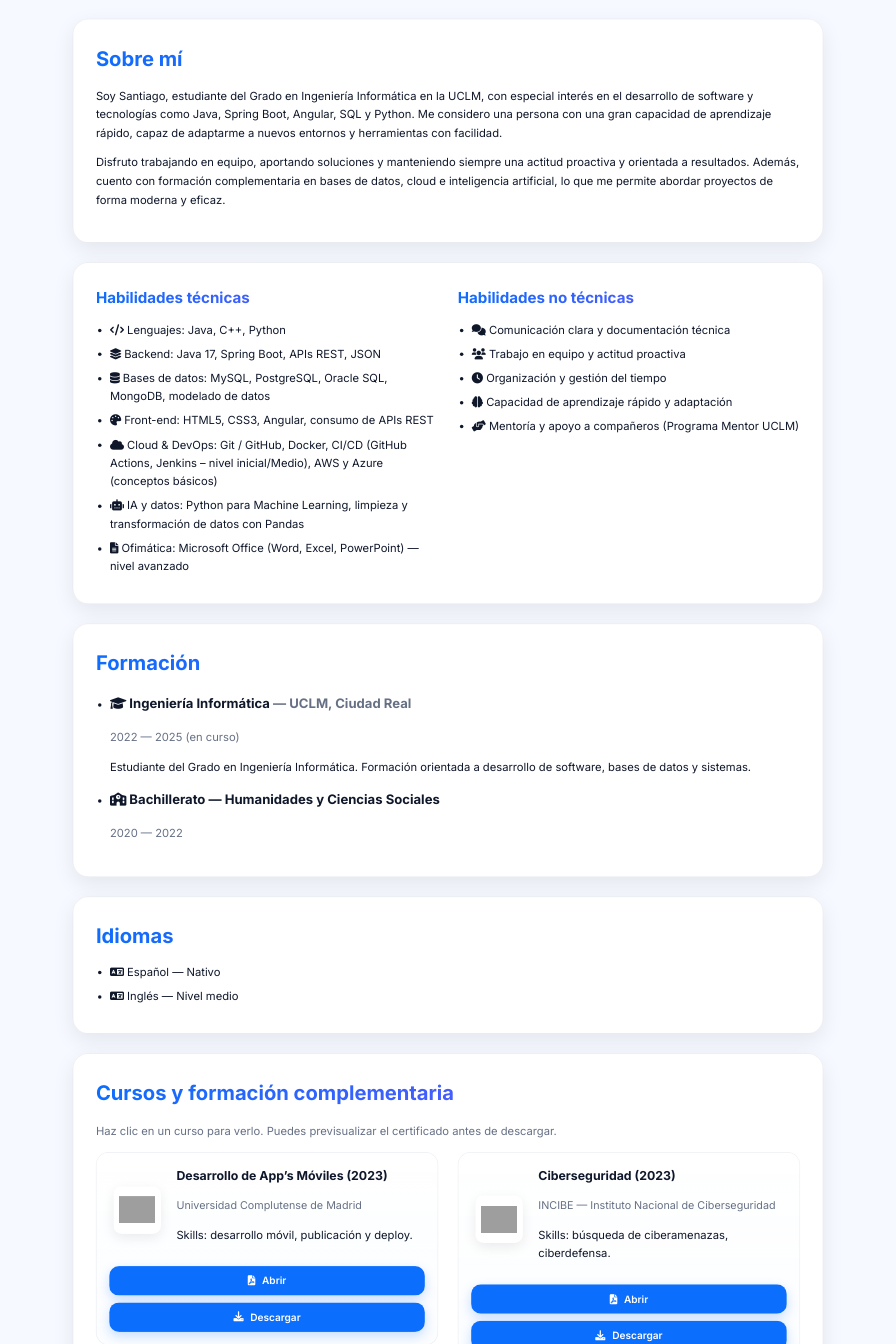
Repository: SantiagoSanchez-CeleminArevalo/Portfolio_SantiagoSanchez-CeleminArevalo
Page: docs/index.html
These files come from the project's save history. The page is drawn as it stood at one moment and after a run of saves; the edit follows.
The browser window is 1280 px wide. The pictures show the part of the page from y = 734 to 2654 px (the page is 4704 px tall before and 4730 px after), at 70% of full size.
Pictures or frames that could not be fetched are drawn as grey boxes.

Above is the page before, as saved 2025-12-05 13:36:29.
Console error: TypeError: Cannot read properties of null (reading 'classList')

After the next 2 saves:
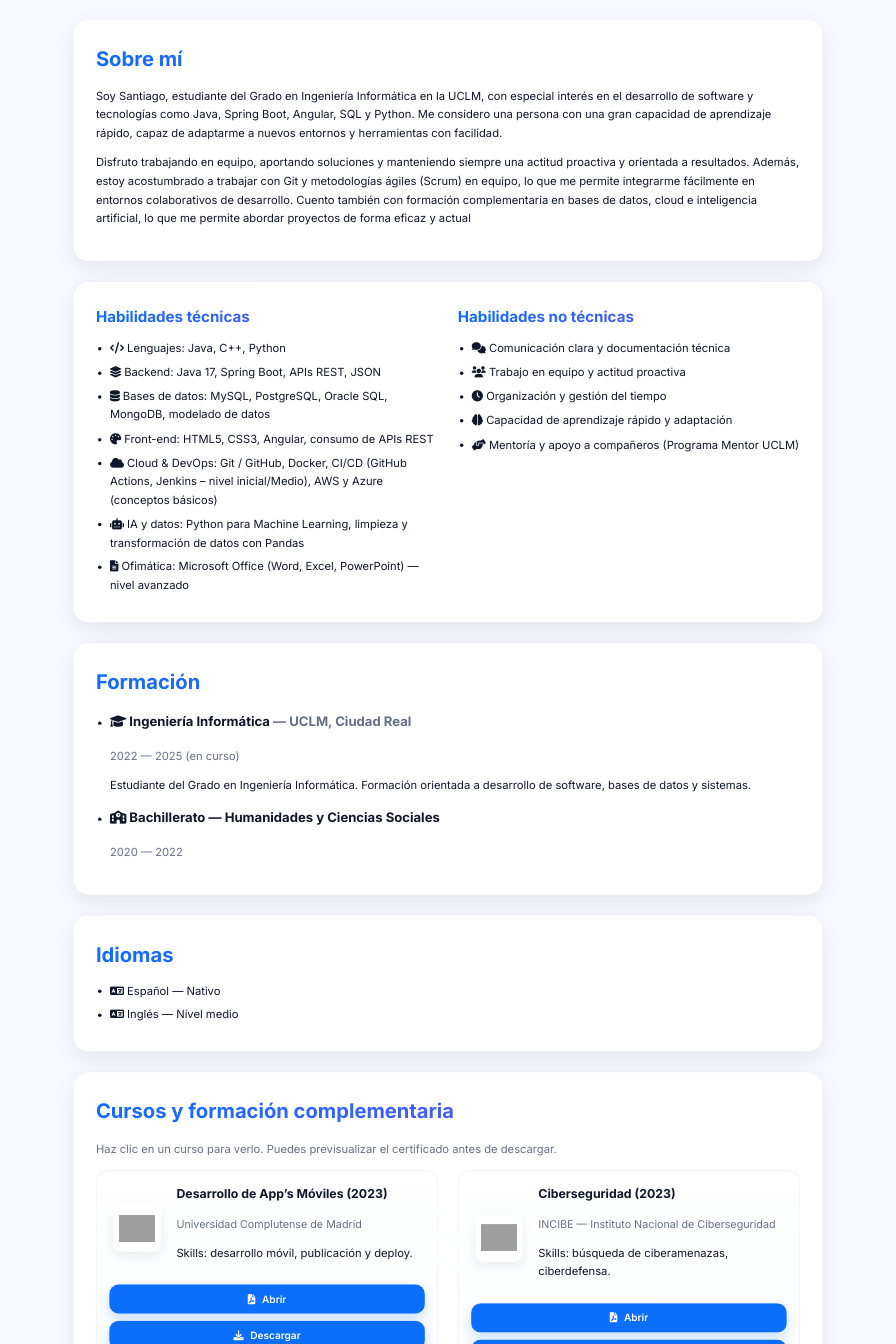
The 2 saves are shown as one change because they came seconds apart.
The last was saved 7 min 19 s later.
--- a/docs/index.html
+++ b/docs/index.html
@@ -83,7 +83,7 @@
     <section id="sobre-mi" class="card">
       <h2>Sobre mí</h2>
       <p>Soy Santiago, estudiante del Grado en Ingeniería Informática en la UCLM, con especial interés en el desarrollo de software y tecnologías como Java, Spring Boot, Angular, SQL y Python. Me considero una persona con una gran capacidad de aprendizaje rápido, capaz de adaptarme a nuevos entornos y herramientas con facilidad.</p>
-      <p> Disfruto trabajando en equipo, aportando soluciones y manteniendo siempre una actitud proactiva y orientada a resultados. Además, cuento con formación complementaria en bases de datos, cloud e inteligencia artificial, lo que me permite abordar proyectos de forma moderna y eficaz.</p>
+      <p> Disfruto trabajando en equipo, aportando soluciones y manteniendo siempre una actitud proactiva y orientada a resultados. Además, estoy acostumbrado a trabajar con Git y metodologías ágiles (Scrum) en equipo, lo que me permite integrarme fácilmente en entornos colaborativos de desarrollo. Cuento también con formación complementaria en bases de datos, cloud e inteligencia artificial, lo que me permite abordar proyectos de forma eficaz y actual</p>
     </section>
 
     <section id="habilidades" class="card two-column">
